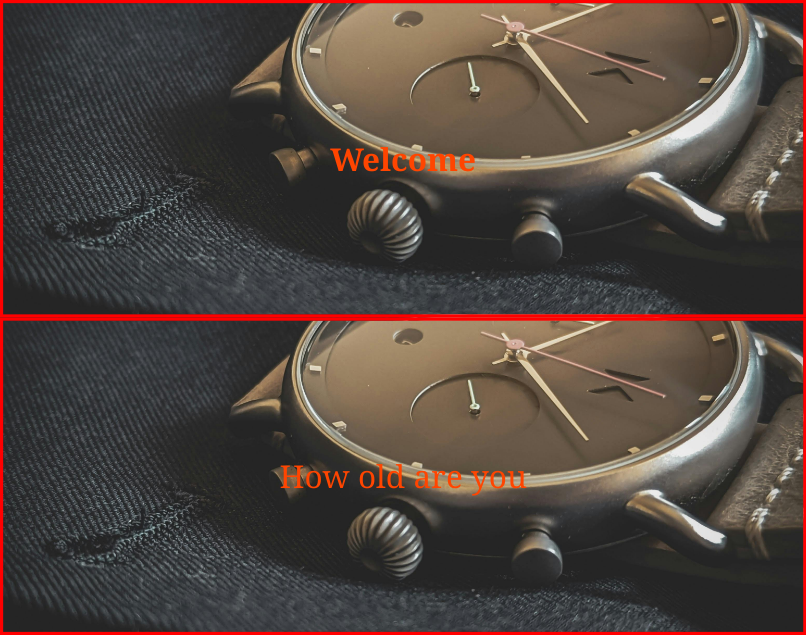
Repository: kem85/beginning
Page: web/js/index.html
These files come from the project's save history. The page is drawn as it stood at one moment and after the next save; the edit follows.
The browser window is 1280 px wide. The pictures show the whole page, at 63% of full size.
Backgrounds fixed to the window are drawn as part of the page.

Above is the page before, as saved 2024-06-18 03:04:44.

### web/js/index.html
<!DOCTYPE html>
<html lang="en">
<head>
    <meta charset="UTF-8">
    <meta name="viewport" content="width=device-width, initial-scale=1.0">
    <title>Document</title>
    <script src="./test.js"></script>
    <link rel="stylesheet" href="./main.css">
</head>
<body>
    <div class="banner">
        <h1 class="welcomesign">Welcome</h1>
        <p class="welcomesign">How old are you</p>
    </div>
</body>
</html>

### web/js/test.js
window.alert("what is love");

### web/js/main.css
*{
    font-family:Cambria, Cochin, Georgia, Times, 'Times New Roman', serif;
    background-image: url("./watch.jpg");
    background-position: center;
    background-attachment: fixed;
    background-size: cover;
    padding:0;
    margin:0;
    box-sizing: border-box;
}
.welcomesign{
    min-width: 60vw;
    min-height:70vh;
    display:flex;
    color: orangered;
    justify-content: center;
    align-items: center;
    text-align: center;
    font-size: 50px;
    border:5px solid red;
    margin:0 auto;
}
.textt{
    display:flex;
    min-width: 30vw;
    min-height:60vh;
    font-size:25px;
    justify-content: center;
    align-items: center;
    text-align: center;
    margin-bottom: 3em;
    border:5px solid red;
}

After the next save:
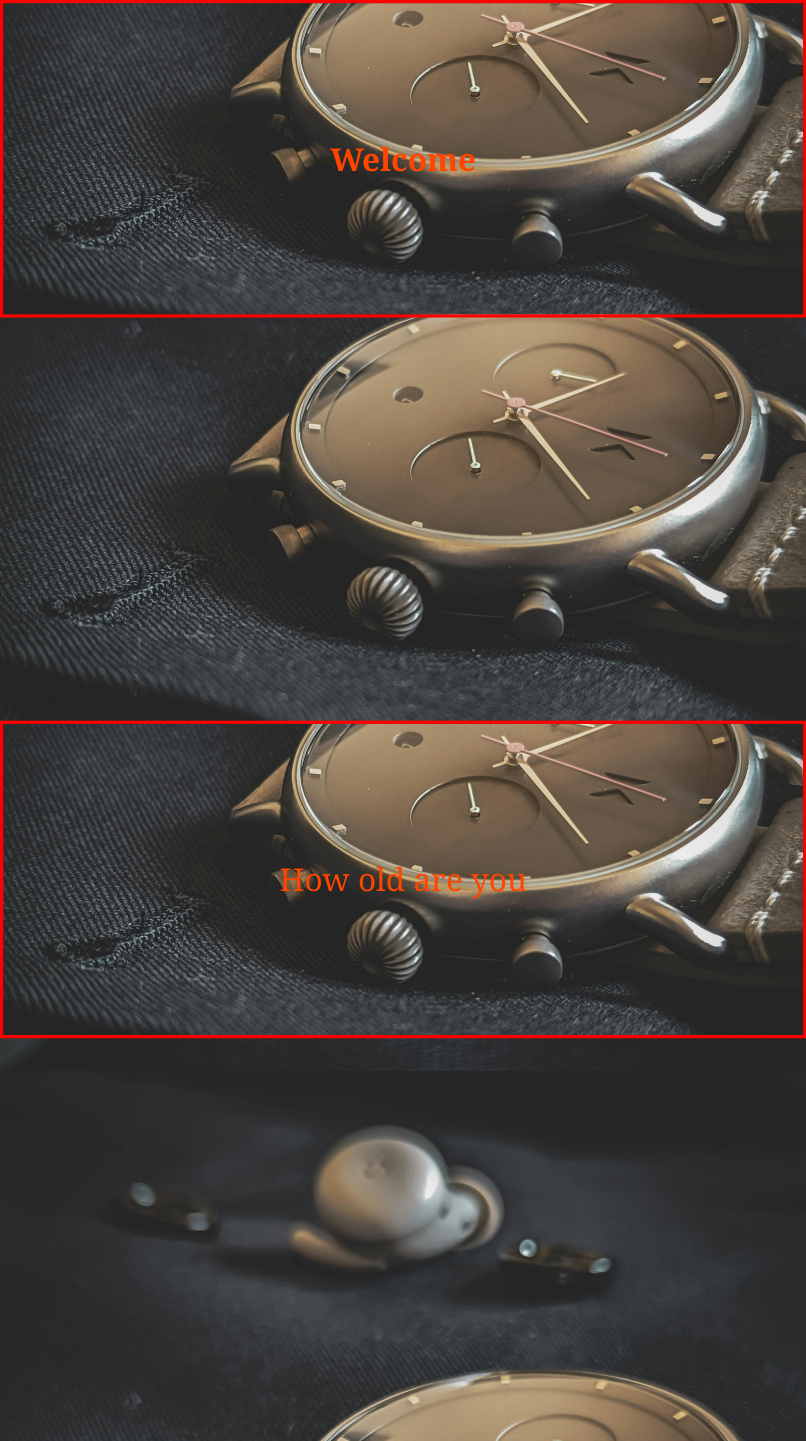
Saved 9 s later.
--- a/web/js/main.css
+++ b/web/js/main.css
@@ -18,7 +18,7 @@
     text-align: center;
     font-size: 50px;
     border:5px solid red;
-    margin:0 auto;
+    margin-bottom: 50%;
 }
 .textt{
     display:flex;

After the save that followed:
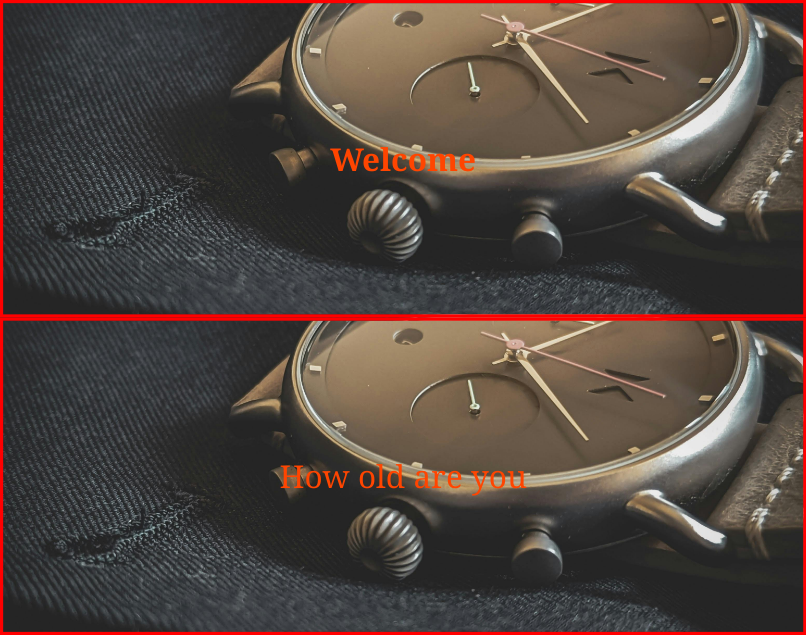
Saved 20 s later.
--- a/web/js/main.css
+++ b/web/js/main.css
@@ -18,7 +18,6 @@
     text-align: center;
     font-size: 50px;
     border:5px solid red;
-    margin-bottom: 50%;
 }
 .textt{
     display:flex;
@@ -28,6 +27,6 @@
     justify-content: center;
     align-items: center;
     text-align: center;
-    margin-bottom: 3em;
+    padding-top:-10px;
     border:5px solid red;
 }
